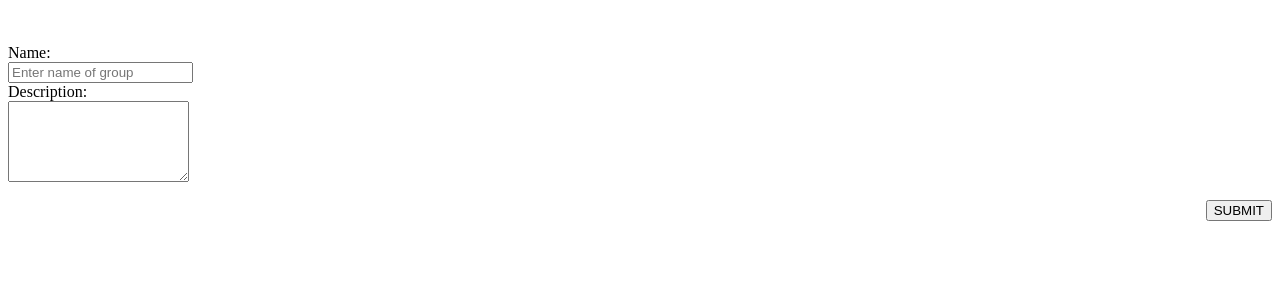
Repository: aziza-kamet/comet-a
Page: http://localhost/modules/logged/create_group.php?act=reg
The author's editor kept a record of every edit. The page is drawn from the files as they stood at one moment, then again after the next edit.
The browser window is 1280 px wide. The pictures show the whole page.
The page is run by PHP 8.4 with error messages shown; the project is at /var/www/html/.

Above is the page before.

After the next edit:
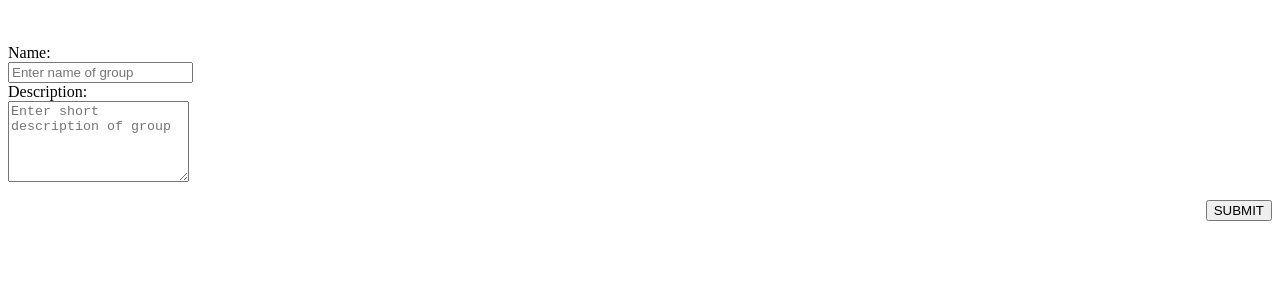
The edit:
--- a/modules/logged/create_group.php
+++ b/modules/logged/create_group.php
@@ -12,7 +12,7 @@
     					  <div class="form-group">
     					    <label class="control-label col-sm-3" for="pwd">Description:</label>
     					    <div class="col-sm-9">
-    					      <textarea class="form-control" rows="5" id="description"></textarea>
+    					      <textarea class="form-control" rows="5" id="description" placeholder="Enter short description of group"></textarea>
     					    </div>
     					  </div>
     					  <br>
